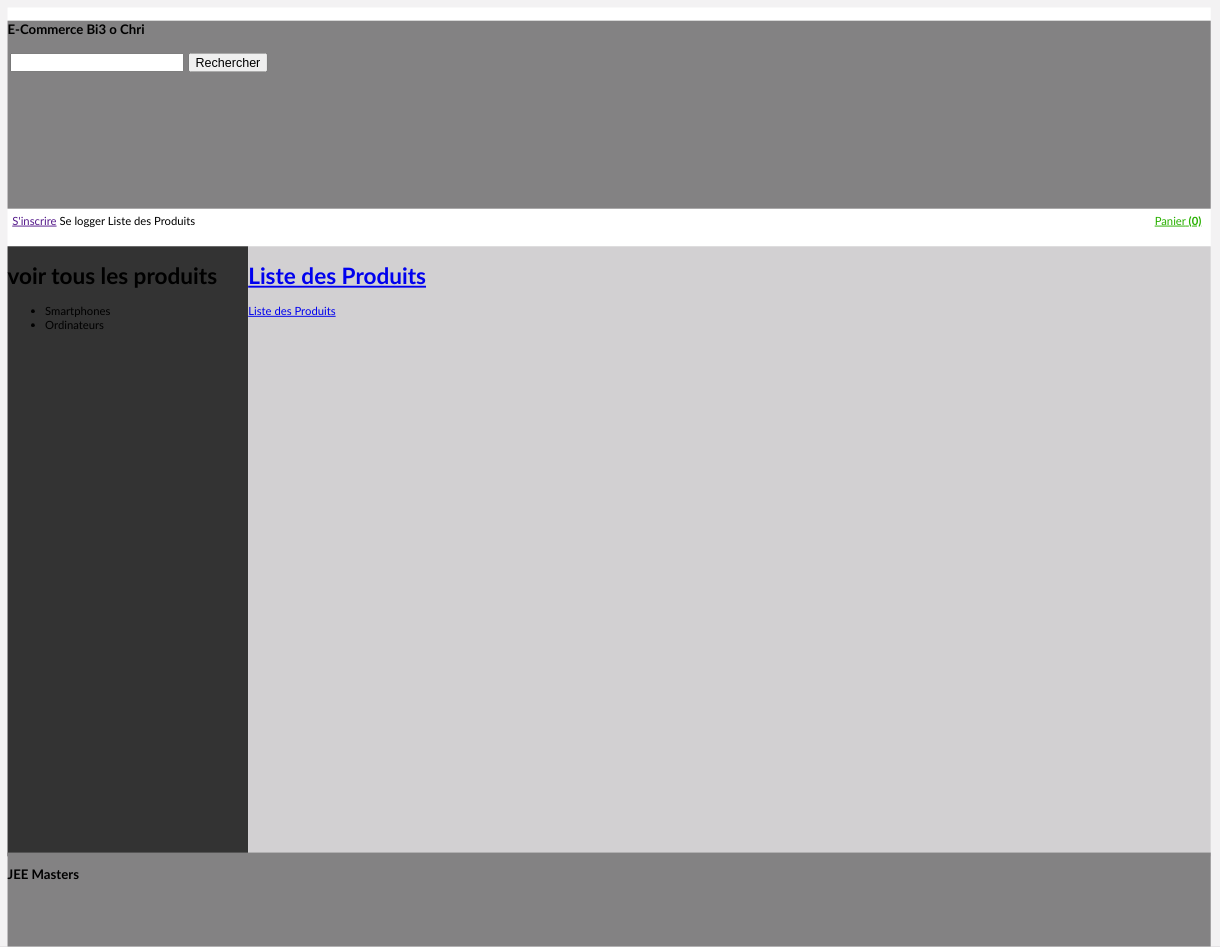
Repository: EBusinesss/Ebusiness
Page: http://localhost/EcomWEB/
These files come from the project's save history. The page is drawn as it stood at one moment and after the next save; the edit follows.
The browser window is 1280 px wide. The page is 1298 px wide, so the pictures cover 1298 px, including what lies to the right of the window. The pictures show the whole page, at 94% of full size.
The page is served by Tomcat 9. Nobody is signed in. The application's start-up code is not run. Other server files are loaded and not shown.

Above is the page before, as saved 2014-12-25 14:39:47.

### Workspace/EcomWEB/WebContent/index.jsp
<%@ page language="java" contentType="text/html; charset=ISO-8859-1" pageEncoding="ISO-8859-1"%>


<!DOCTYPE html PUBLIC "-//W3C//DTD HTML 4.01 Transitional//EN" "http://www.w3.org/TR/html4/loose.dtd">
<html>
<head>
<script Src="./functions/functions.js" Language="javascript" type="text/javascript"></script>
<link rel="stylesheet" type="text/css" href="./style/style.css" />
<meta http-equiv="Content-Type" content="text/html; charset=ISO-8859-1">
<title>Insert title here</title>
</head>
<body>


<div id="wrapper">

	<div id="header">
	<h3>E-Commerce Bi3 o Chri</h3>

			<table>
			<tr>
				<td><input type="text" id="nomProduitRecherche" width="25" onkeydown="if (event.keyCode==13) document.getElementById('btnSearch').click()" ></td>
				<td align="right" colspan="3">
				<button onclick="Rechercher()" type="button" id="btnSearch">Rechercher</button></td>
			</tr>
			</table>

	</div>

	<div id="navigation">

		<a href=""> S'inscrire</a>
		<a onclick="seLogger()"> Se logger</a>
		<a href=""> </a>
	    <a onclick="listOfProducts()"> Liste des Produits </a>


			<div class="Basket">

							<div class="icn-hBasket"></div>
							<a href="" class="HeaderLink" target="_top">
									<span class="bigger">Panier</span> <strong>
									<span class="quantityBasket">(0)</span></strong>
							</a>
			</div>

	</div>

	<div id="menuLateral">
	<h1> <a> voir tous les produits </a> </h1>

	<ul>
		<li> Smartphones</li>
		<li> Ordinateurs</li>
	</ul>
	</div>

	<div id="content">
	<h1><a href="http://localhost:8080/EcomWEB/ListProductServlet">Liste des Produits </a><br></h1>

	<a href="http://localhost:8080/EcomWEB/ListProductServlet">Liste des Produits </a>
	</div>

	<div id="footer">
		<h3>JEE Masters</h3>
	</div>

</div>
</body>
</html>

### Workspace/EcomWEB/WebContent/functions/functions.js
function listOfProducts()
{
var xmlhttp;
if (window.XMLHttpRequest)
  {// code for IE7+, Firefox, Chrome, Opera, Safari
  xmlhttp=new XMLHttpRequest();
  }
else
  {// code for IE6, IE5
  xmlhttp=new ActiveXObject("Microsoft.XMLHTTP");
  }
xmlhttp.onreadystatechange=function()
  {
  if (xmlhttp.readyState==4 && xmlhttp.status==200)
    {
    document.getElementById("content").innerHTML = xmlhttp.responseText;
    }
  };
xmlhttp.open("GET","ProductServlet",true);
xmlhttp.send();
}


function Rechercher()
{
var xmlhttp;
var val = document.getElementById('nomProduitRecherche').value;

if (window.XMLHttpRequest)
  {// code for IE7+, Firefox, Chrome, Opera, Safari
  xmlhttp=new XMLHttpRequest();
  }
else
  {// code for IE6, IE5
  xmlhttp=new ActiveXObject("Microsoft.XMLHTTP");
  }
xmlhttp.onreadystatechange=function()
  {
  if (xmlhttp.readyState==4 && xmlhttp.status==200)
    {
    document.getElementById("content").innerHTML = xmlhttp.responseText;
    }
  };
xmlhttp.open("GET","RechercherProductServlet?val="+val,true);
xmlhttp.send();
}

### Workspace/EcomWEB/WebContent/style/style.css
@CHARSET "ISO-8859-1";

body{
	background: #f3f2f3;
	color: #000000;
	font-family: Trebuchet MS, Arial, Times New Roman;
	font-size: 12px;
}


#wrapper {
	background: #FFFFFF;
	width: 100%;
	height: 999px;
	position: absolute;
}

#header{
	background: #838283;
	width: 100%;
	height: 20%;
}

#navigation{
	padding: 5px;
	width: 100%;
	height: 3%;
}

.Basket {
	padding-right: 15px;
	float: right;
}

.Basket>img {
	width:40px;
	height:36px;
	background: url(../images/basket.png);
    background-size: 30px 30px;
    background-repeat: no-repeat;
}

.Basket>a {
	color: #29b001;
}

#menuLateral{
	background: #333333;
	float: left;
	width: 20%;
	height: 65%;
}


#content {
	background: #d2d0d2;
	float: right;
	width: 80%;
	height: 65%;
}

#footer {
	background: #838283;
	width: 100%;
	height: 10%;
	position: absolute;
	bottom: 0px;
}

a{
	cursor: pointer;
}

After the next save:
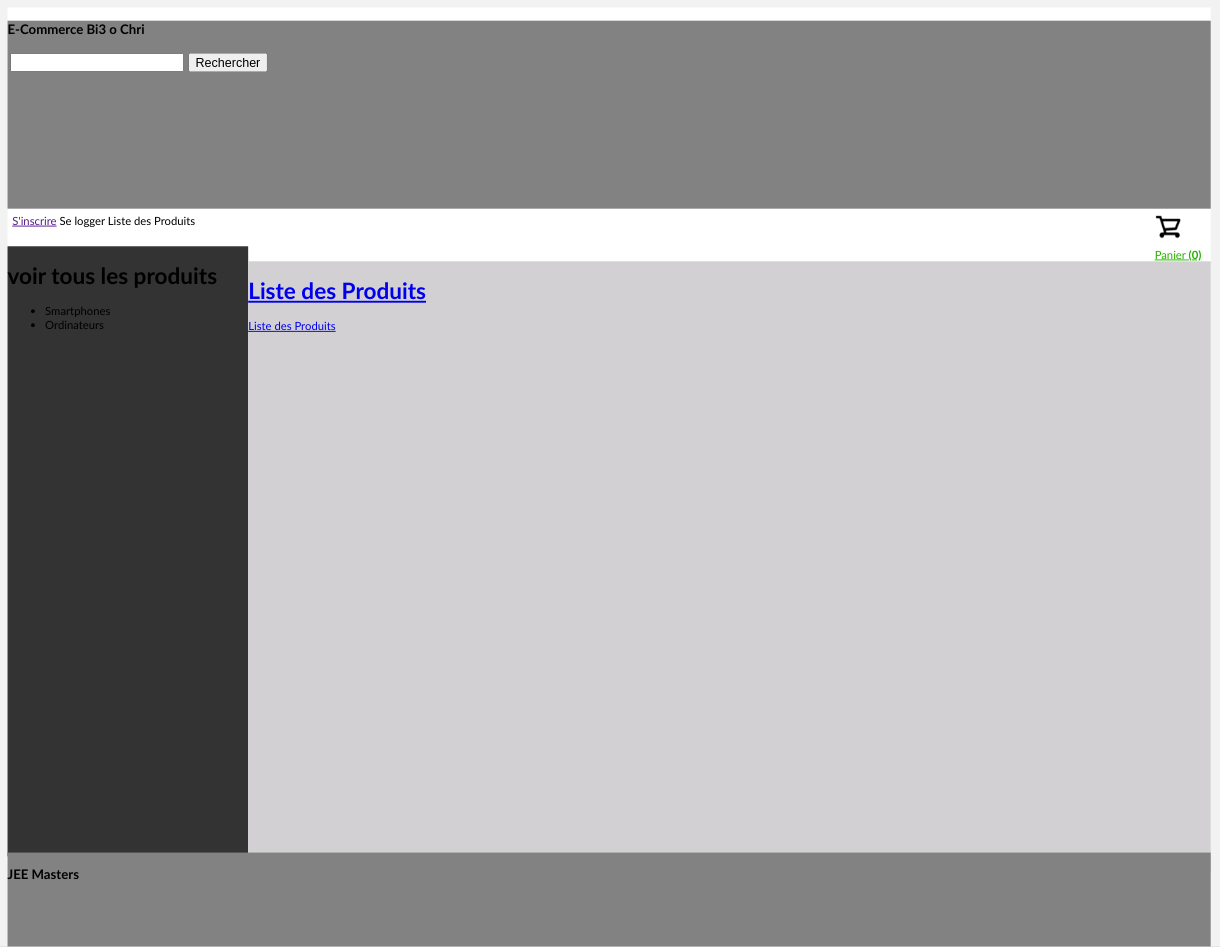
Saved 13 s later.
--- a/Workspace/EcomWEB/WebContent/style/style.css
+++ b/Workspace/EcomWEB/WebContent/style/style.css
@@ -32,7 +32,7 @@ body{
 	float: right;
 }
 
-.Basket>img {
+.Basket>div {
 	width:40px;
 	height:36px;
 	background: url(../images/basket.png);
